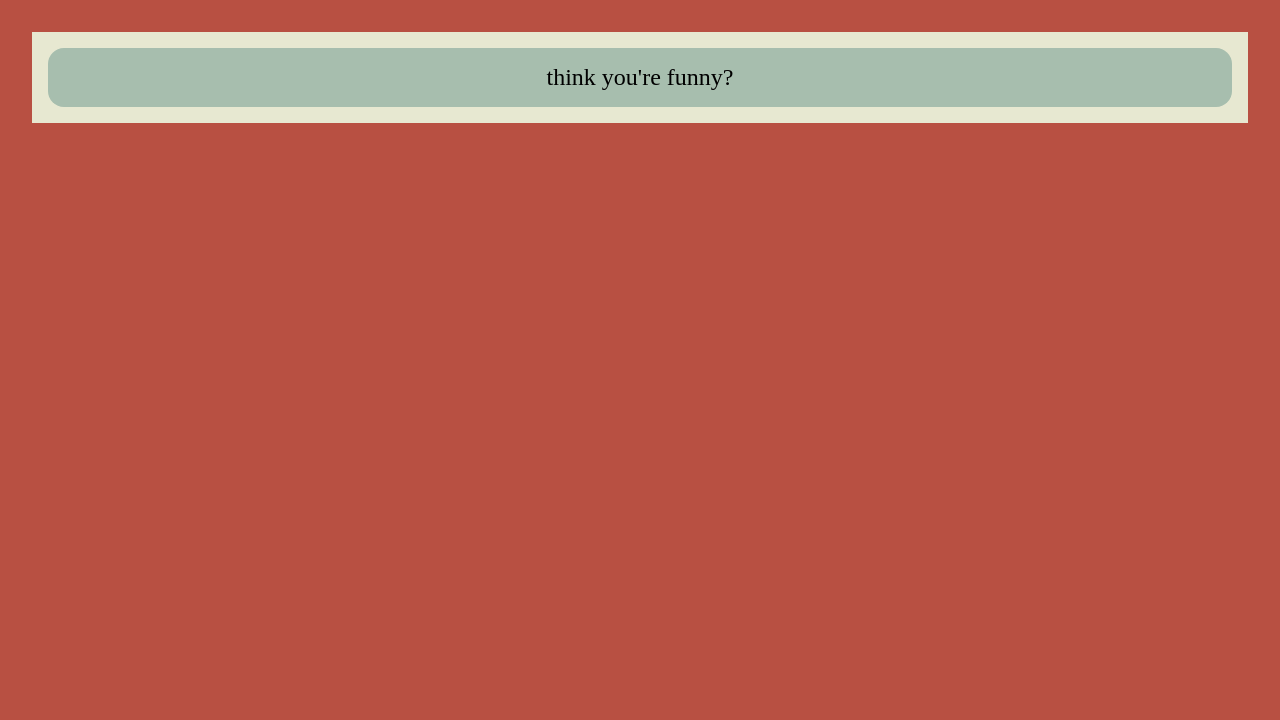
Repository: elchananChen/joke-api
Page: Client/index.html
These files come from the project's save history. The page is drawn as it stood at one moment and after the next save; the edit follows.
The browser window is 1280 px wide. The pictures show the whole page.
The page's requests for data from a server got no answer.

Above is the page before, as saved 2024-11-05 02:28:50.
Console error: TypeError: Cannot read properties of undefined (reading 'forEach')

### Client/index.html
<!DOCTYPE html>
<html lang="en">
  <link rel="stylesheet" href="styles.css" />
  <head>
    <meta charset="UTF-8" />
    <meta name="viewport" content="width=device-width, initial-scale=1.0" />
    <title>Document</title>
  </head>
  <body>
    <article>
      <div class="outer-wrapper">
        <div class="inner-wrapper">
          <header>
            <h1>think you're funny?</h1>
          </header>
          <main>
            <ul class="all-jokes"></ul>
          </main>
        </div>
      </div>
    </article>
  </body>
  <script src="https://cdn.jsdelivr.net/npm/axios/dist/axios.min.js"></script>
  <script type="module" src="main.js"></script>
</html>

### Client/styles.css
@import url("./css/variebles.css");
@import url("./css/reset.css");

article {
  display: flex;
  flex-direction: column;
  height: 100%;
  width: 100%;
  background-color: var(--color-red-600);
  padding: 2rem;
}

.outer-wrapper {
  height: 100%;
  width: 100%;
  background-color: var(--color-yellow-green-100);
  padding: 1rem;
}
.inner-wrapper {
  height: 100%;
  width: 100%;
  background-color: var(--color-green-oil-300);
  padding: 1rem;
  border-radius: 1rem;
}

h1 {
  font-size: 1.5rem;
  margin: 0 auto;
  text-align: center;
}

main {
  /* background-color: var(--color-yellow-green-100); */
  /* border-radius: 1rem; */
}
li {
  padding-block: 0.5rem;
}

### Client/main.js
const allJokesEL = document.querySelector(".all-jokes");

const getAllJokes = async () => {
  try {
    const response = await axios.get(`http://localhost:3000/api/joke/all`);
    console.log(response.data); // נתונים שמתקבלים
    return response.data;
  } catch (err) {
    console.log(err); // הדפסת שגיאה
  }
};

console.log(getAllJokes());
async function randerAllJokes() {
  const jokes = await getAllJokes();
  jokes.forEach((joke) => {
    const liEL = document.createElement("li");
    liEL.textContent = ` ${joke.joke} :  ${joke.content}`;
    allJokesEL.appendChild(liEL);
  });
}
randerAllJokes();

### Client/css/variebles.css
:root {
  --color-red-600: #b85042;

  --color-yellow-green-100: #e7e8d1;

  --color-green-oil-300: #a7beae;
}

### Client/css/reset.css
* {
  box-sizing: border-box;
  margin: 0;
  padding: 0;
}

html {
  font-family: "overpass-Regular";
}
html,
body {
  min-height: 100vh;
  width: 100%;
}
article {
  display: flex;
  flex-direction: column;
  min-height: 100vh;
  width: 100%;
}
img {
  font-family: "work-sans-italic";
  display: block;
  max-width: 100%;
  max-height: 100%;
}
h1,
h2,
h3,
h4,
h5,
h6 {
  font-size: 1rem;
  font-weight: normal;
}
button {
  border: 0px;
}
ul,
ol {
  padding-left: 0.5rem;
  list-style-type: none;
}
a {
  text-decoration: none;
  color: inherit;
}
button {
  cursor: pointer;
}
select {
  cursor: pointer;
}
option {
  cursor: pointer;
}

After the next save:
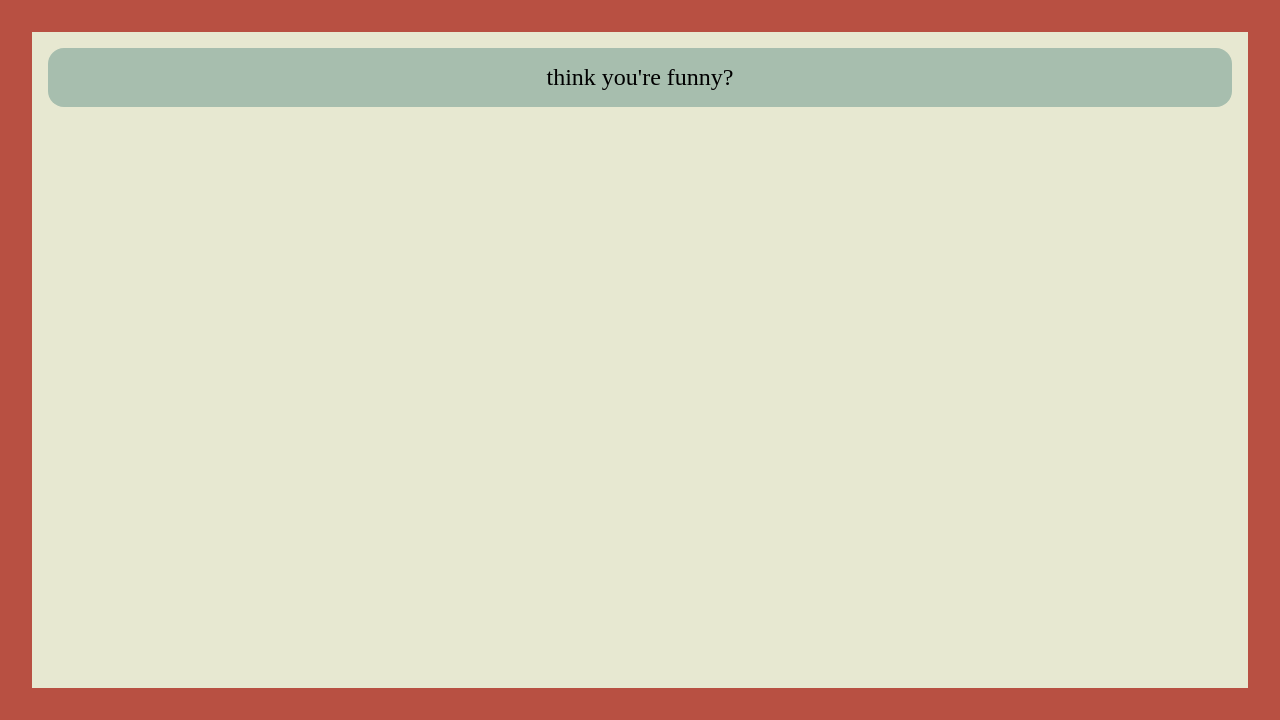
Saved 19 s later.
--- a/Client/styles.css
+++ b/Client/styles.css
@@ -11,12 +11,14 @@ article {
 }
 
 .outer-wrapper {
+  flex-grow: 1;
   height: 100%;
   width: 100%;
   background-color: var(--color-yellow-green-100);
   padding: 1rem;
 }
 .inner-wrapper {
+  flex-grow: 1;
   height: 100%;
   width: 100%;
   background-color: var(--color-green-oil-300);
